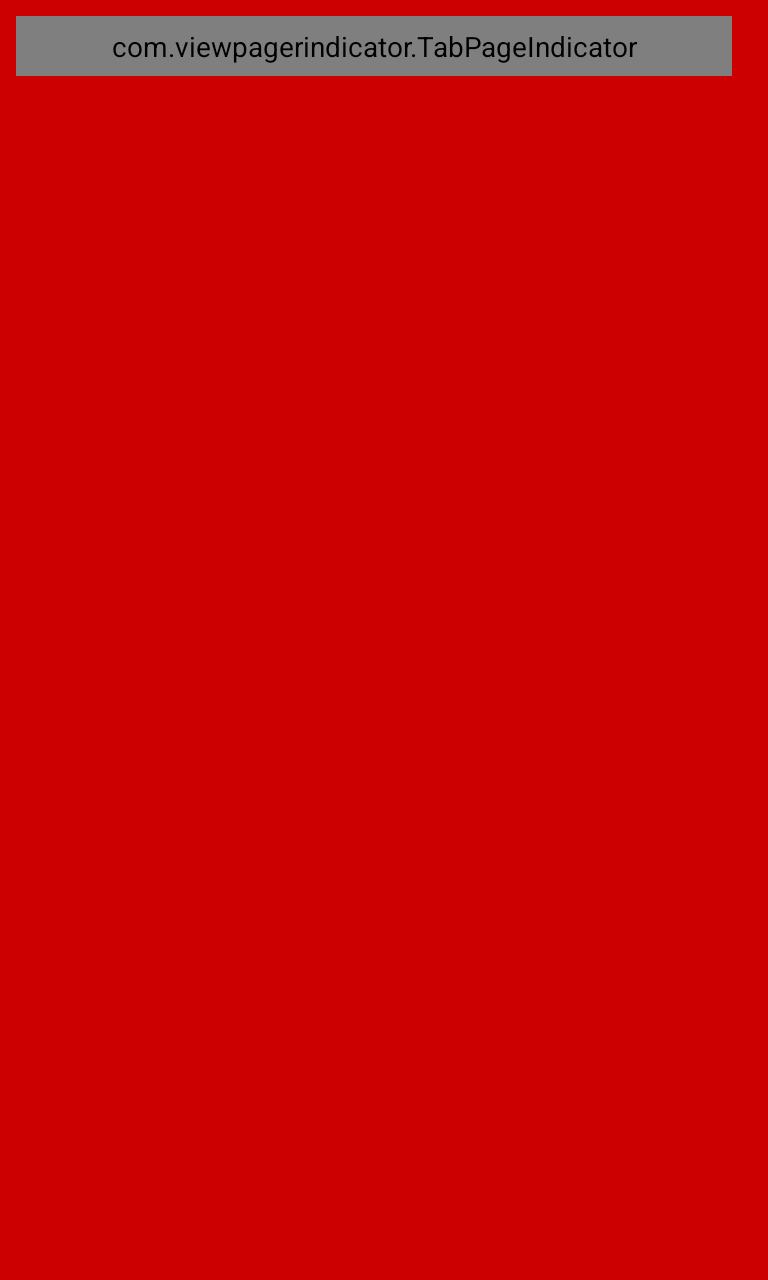
Repository: erwasambo/greendevelopment
Layout: GreenDevelopment/NASCuisine/res/layout/layout_patients_fragment.xml
These files come from the project's save history. The layout is drawn as it stood at one moment and after the next save; the edit follows.
Pictures or frames that could not be fetched are drawn as grey boxes. It is drawn on a 768 x 1280 px phone screen (xhdpi) without system bars, with theme AppTheme; the app's code is not run. Lists and similar views that code fills are empty.

Above is the layout before, as saved 2013-12-04 08:25:02.

After the next save:
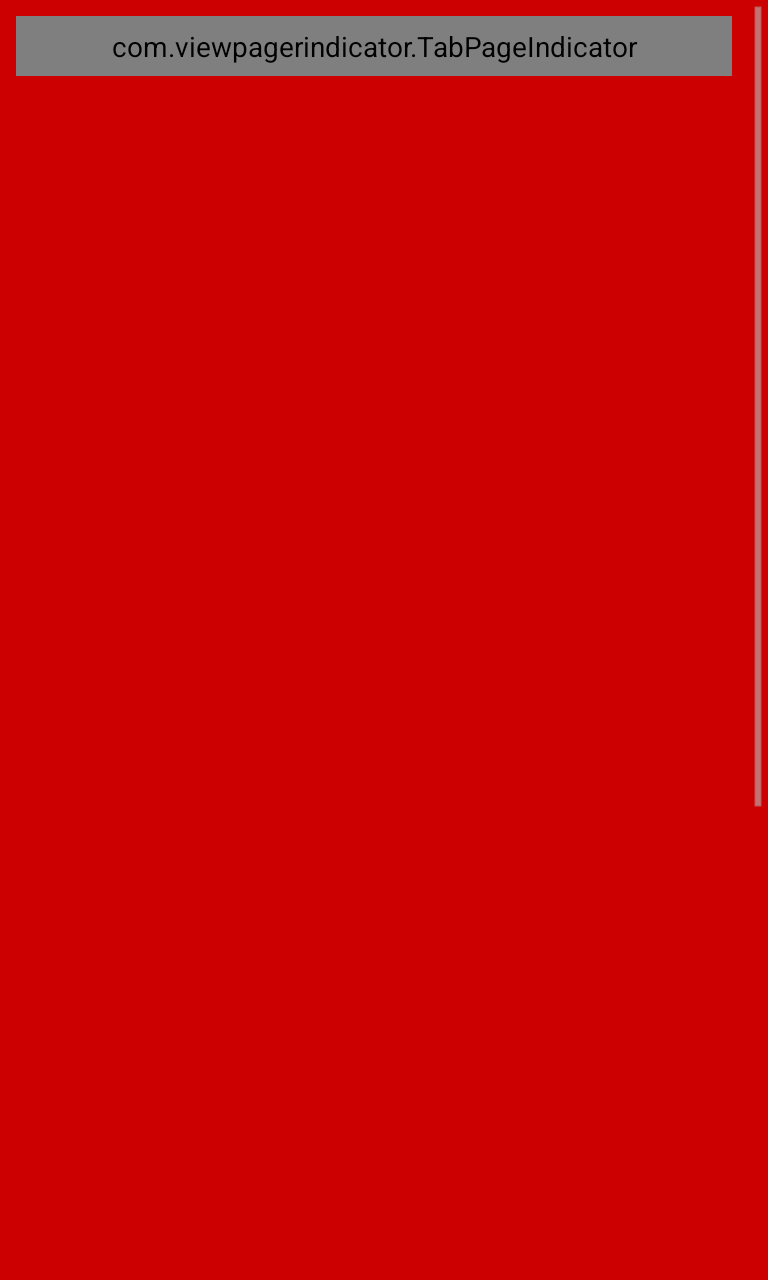
Saved 81 s later.
--- a/GreenDevelopment/NASCuisine/res/layout/layout_patients_fragment.xml
+++ b/GreenDevelopment/NASCuisine/res/layout/layout_patients_fragment.xml
@@ -10,7 +10,7 @@
 
 	    <RelativeLayout
 
-            android:layout_height="fill_parent"
+            android:layout_height="1000dp"
             android:layout_width="match_parent"
             android:orientation="vertical"
             android:background="@color/purple">
